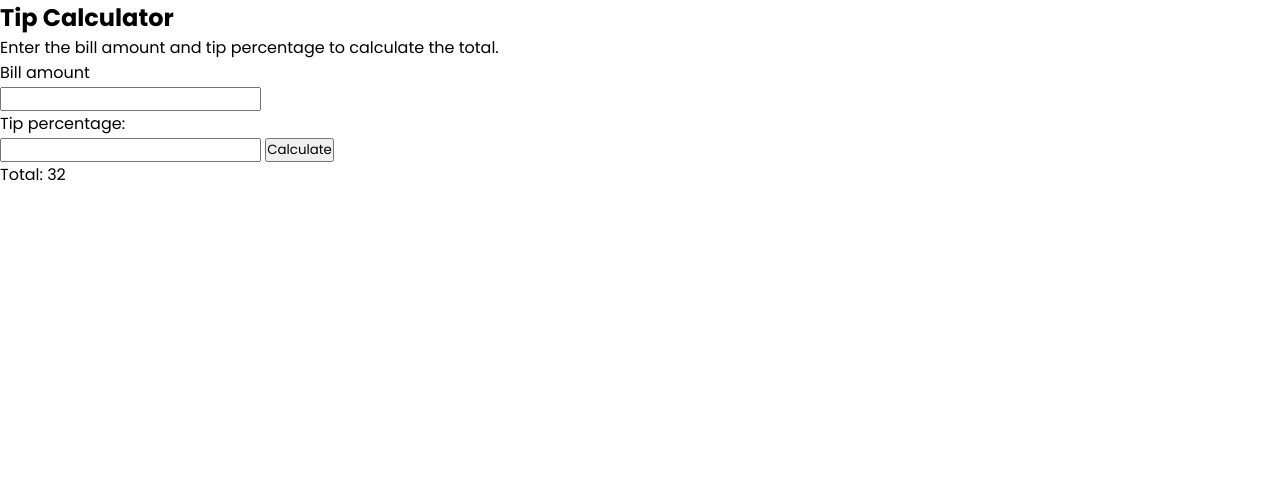
Repository: Ankitkr2021/Tip-Calculator
Page: index.html
An editor plug-in stored every save of this project. The page is shown before and after the next save, followed by the edit.
The browser window is 1280 px wide. The pictures show the whole page.

Above is the page before, as saved 2025-10-27 10:48:53.

### index.html
<!DOCTYPE html>
<html lang="en">
<head>
    <meta charset="UTF-8">
    <meta name="viewport" content="width=device-width, initial-scale=1.0">
    <title>Tip Calculator</title>
    <link rel="stylesheet" href="./style.css">
</head>
<body>
    <div class="box">
        <h2>Tip Calculator</h2>
        <p>Enter the bill amount and tip percentage to calculate the total.</p>
        <p>Bill amount</p>
        <input type="number">
        <p>Tip percentage:</p>
        <input type="number">
        <button>Calculate</button>
        <p>Total: <span>32</span></p>
    </div>
</body>
</html>

### style.css
@import url('https://fonts.googleapis.com/css2?family=Poppins:wght@300;400;500;600;700&display=swap');

*{
    margin: 0;
    padding: 0;
    box-sizing: border-box;
    font-family: "Poppins",sans-serif;
}

body {
    height: 100vh;
}

After the next save:
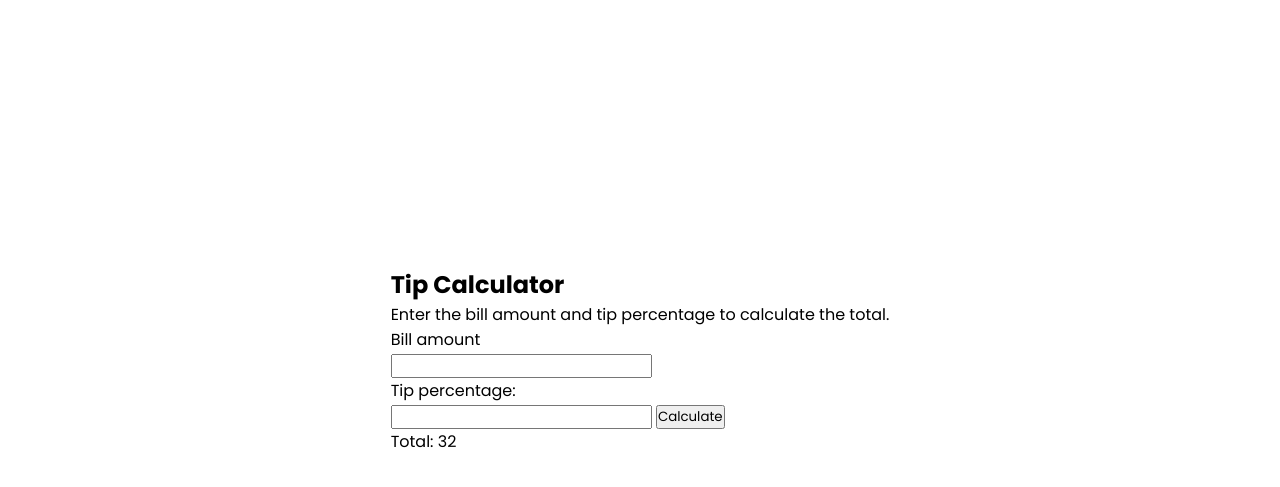
Saved 18 s later.
--- a/style.css
+++ b/style.css
@@ -9,4 +9,8 @@
 
 body {
     height: 100vh;
+    width: 100%;
+    display: flex;
+    align-items: center;
+    justify-content: center;
 }
